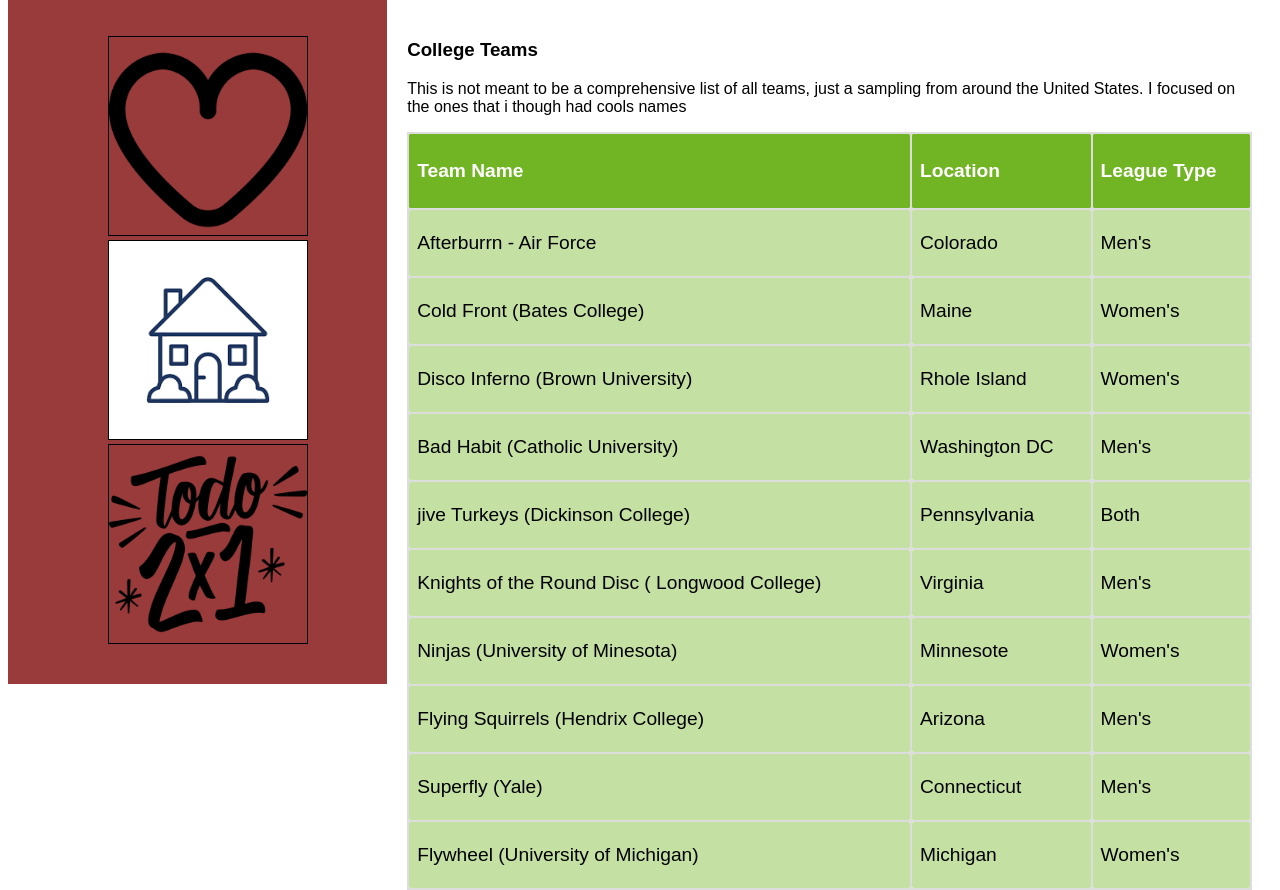
Repository: Tram-anh99/Blockchain_Funix
Page: CSS/Lab6_2.html
An editor plug-in stored every save of this project. The page is shown before and after the next save, followed by the edit.
The browser window is 1280 px wide. The pictures show the part of the page from y = 342 to 1232 px (the page is 1232 px tall).

Above is the page before, as saved 2023-07-20 00:53:01.

After the next save:
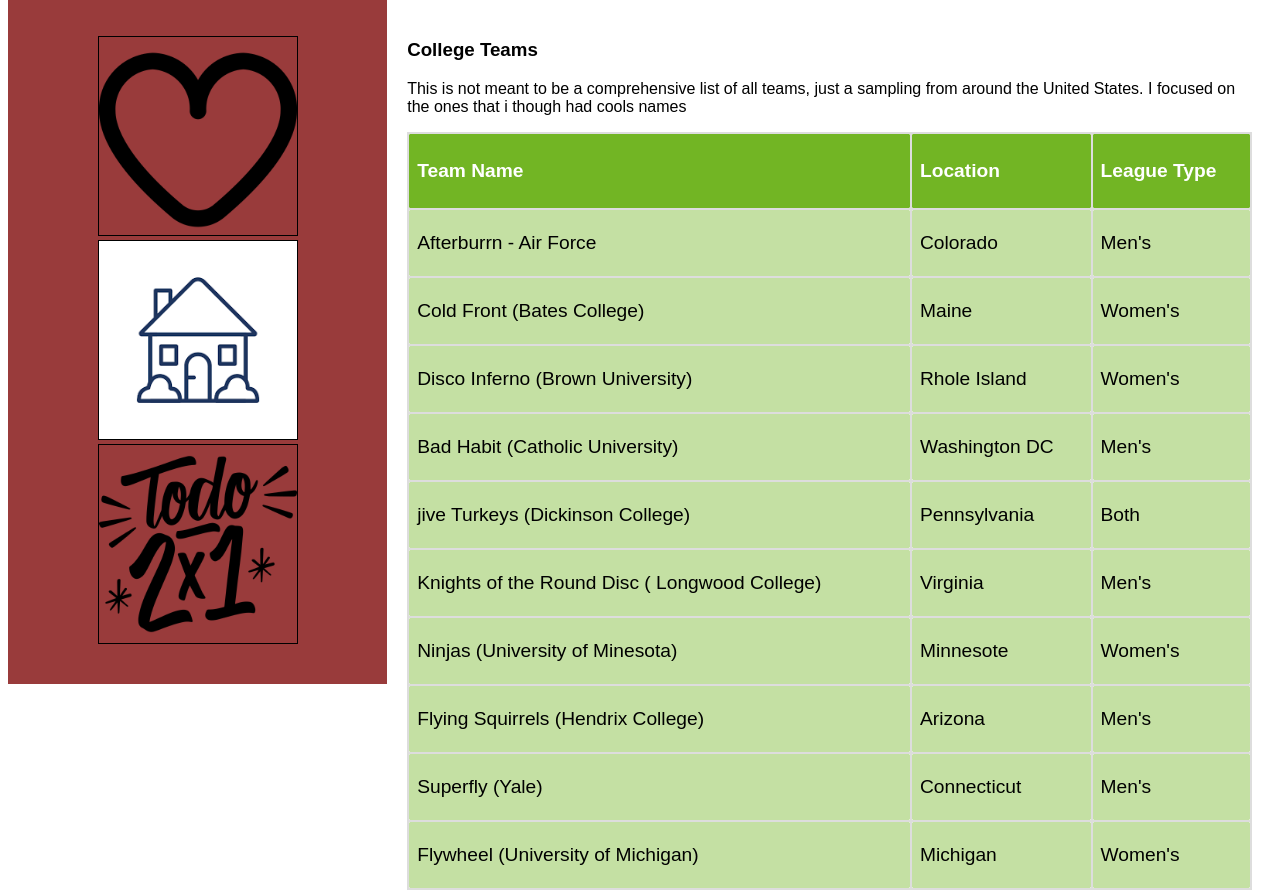
Saved 4 s later.
--- a/CSS/Lab6_2.css
+++ b/CSS/Lab6_2.css
@@ -104,7 +104,7 @@
       background-color: #5daa045d;
 }
 img{
-      margin-left: -30px;
+      margin-left: -40px;
       padding: auto;
       display: inline-block;
       position: relative;
